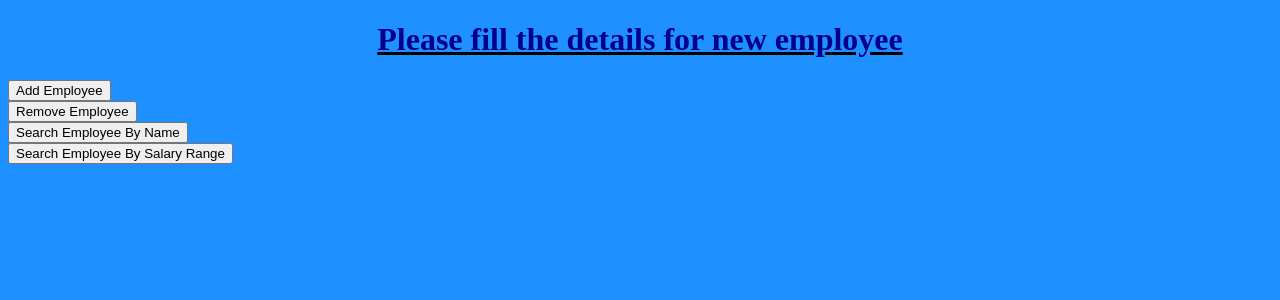
Repository: kimchiLover/BackupProjectsOnPC
Page: eclipse-oauth/ManageEmpApp/WebContent/addEmployee.html
An editor plug-in stored every save of this project. The page is shown before and after the next save, followed by the edit.
The browser window is 1280 px wide. The pictures show the whole page.

Above is the page before, as saved 2019-07-18 10:10:59.

### eclipse-oauth/ManageEmpApp/WebContent/addEmployee.html
<!DOCTYPE html>
<html>
<head>
<meta charset="UTF-8">
<title>Paytm Emp Portal</title>
</head>
<body style="background-color:DodgerBlue;">

<center>
<u><h1 style="color:DarkBlue;">Please fill the details for new employee</h1></u>
</center>

<form action="addEmployee.html">
  <input type="submit" value="Add Employee">
</form>

<form action="removeEmployee.html">
  <input type="submit" value="Remove Employee">
</form>

<form action="searchEmployeeByName.html">
  <input type="submit" value="Search Employee By Name">
</form>

<form action="searchEmployeeBySalaryRange.html">
  <input type="submit" value="Search Employee By Salary Range">
</form>

</body>
</html>

After the next save:
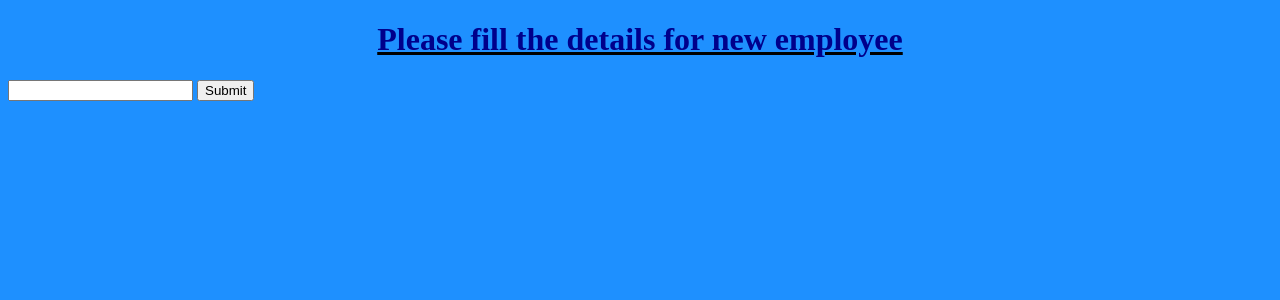
Saved 77 s later.
--- a/eclipse-oauth/ManageEmpApp/WebContent/addEmployee.html
+++ b/eclipse-oauth/ManageEmpApp/WebContent/addEmployee.html
@@ -10,20 +10,9 @@
 <u><h1 style="color:DarkBlue;">Please fill the details for new employee</h1></u>
 </center>
 
-<form action="addEmployee.html">
-  <input type="submit" value="Add Employee">
-</form>
-
-<form action="removeEmployee.html">
-  <input type="submit" value="Remove Employee">
-</form>
-
-<form action="searchEmployeeByName.html">
-  <input type="submit" value="Search Employee By Name">
-</form>
-
-<form action="searchEmployeeBySalaryRange.html">
-  <input type="submit" value="Search Employee By Salary Range">
+<form action="add">
+  <input type="text" name="empid">
+  <input type="submit" value="Submit">
 </form>
 
 </body>
